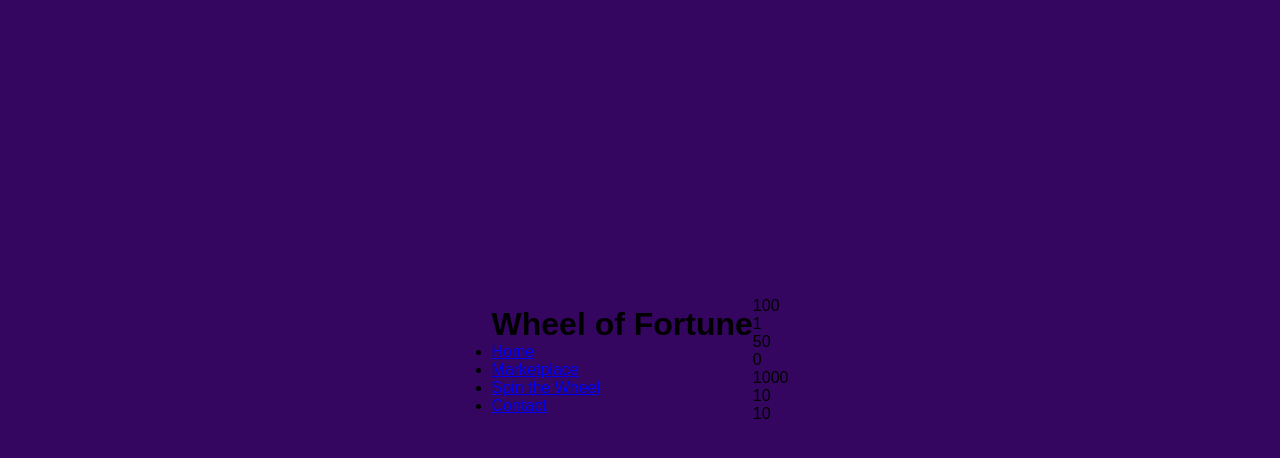
Repository: Jacques-Jaki-Morkel/FundedMarketplace_WheelofFortune
Page: index.html
These files come from the project's save history. The page is drawn as it stood at one moment and after a run of saves; the edit follows.
The browser window is 1280 px wide. The pictures show the whole page.

Above is the page before, as saved 2025-08-12 09:30:25.

### index.html
<!DOCTYPE html>
<html lang="en">

<head>
    <meta charset="UTF-8">
    <meta name="viewport" content="width=device-width, initial-scale=1.0">
    <title>Wheel of Fortune - Funded Marketplace</title>
    <link rel="stylesheet" href="styles.css">
</head>

<body>
    <header>
        <h1>Wheel of Fortune</h1>
        <nav>
            <ul>
                <li><a href="#">Home</a></li>
                <li><a href="#">Marketplace</a></li>
                <li><a href="#">Spin the Wheel</a></li>
                <li><a href="#">Contact</a></li>
            </ul>
        </nav>
    </header>
    <div class="container">
        <div class="spinBtn"></div>
        <div class="wheel">
            <div class="number" style=" --i:1 ;--clr: #db7093;">
                <span>100</span>
            </div>
            <div class="number" style=" --i:2 ;--clr: #8a2be2;">
                <span>1</span>
            </div>
            <div class="number" style=" --i:3 ;--clr: #00bfff;">
                <span>50</span>
            </div>
            <div class="number" style=" --i:4 ;--clr: #daa520;">
                <span>0</span>
            </div>
            <div class="number" style=" --i:5 ;--clr: #ff340f;">
                <span>1000</span>
            </div>
            <div class="number" style=" --i:6 ;--clr: #ff7f50;">
                <span>10</span>
            </div>
            <div class="number" style=" --i:7 ;--clr: #3cb371;">
                <span>10</span>
            </div>
</body>

</html>

### styles.css
*{
margin: 0;
padding: 0;
box-sizing: border-box;
font-family: 'Poppins', sans-serif;
}

body {
display: flex;
justify-content: center;
align-items: center;
min-height: 100vh;
background-color: rgb(52, 6, 96);
}

After the next 2 saves:
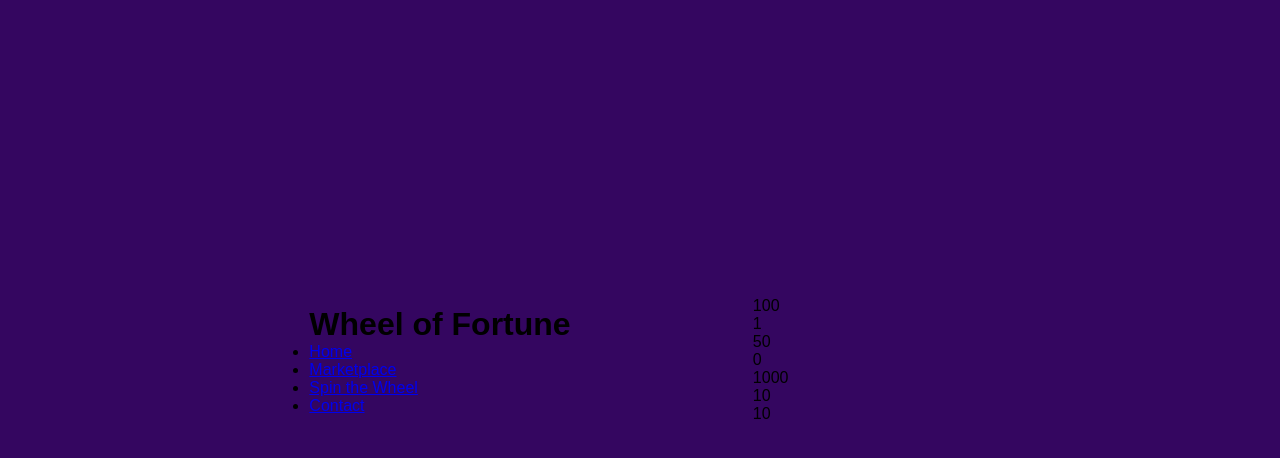
The 2 saves are shown as one change because they came seconds apart.
The last was saved 59 s later.
--- a/styles.css
+++ b/styles.css
@@ -1,14 +1,23 @@
-*{
-margin: 0;
-padding: 0;
-box-sizing: border-box;
-font-family: 'Poppins', sans-serif;
+* {
+    margin: 0;
+    padding: 0;
+    box-sizing: border-box;
+    font-family: 'Poppins', sans-serif;
 }
 
 body {
-display: flex;
-justify-content: center;
-align-items: center;
-min-height: 100vh;
-background-color: rgb(52, 6, 96);
+    display: flex;
+    justify-content: center;
+    align-items: center;
+    min-height: 100vh;
+    background-color: rgb(52, 6, 96);
 }
+
+.container {
+    position: relative;
+    width: 400px;
+    height: 400px;
+    display: flex;
+    justify-content: center;
+    align-items: center;
+}
